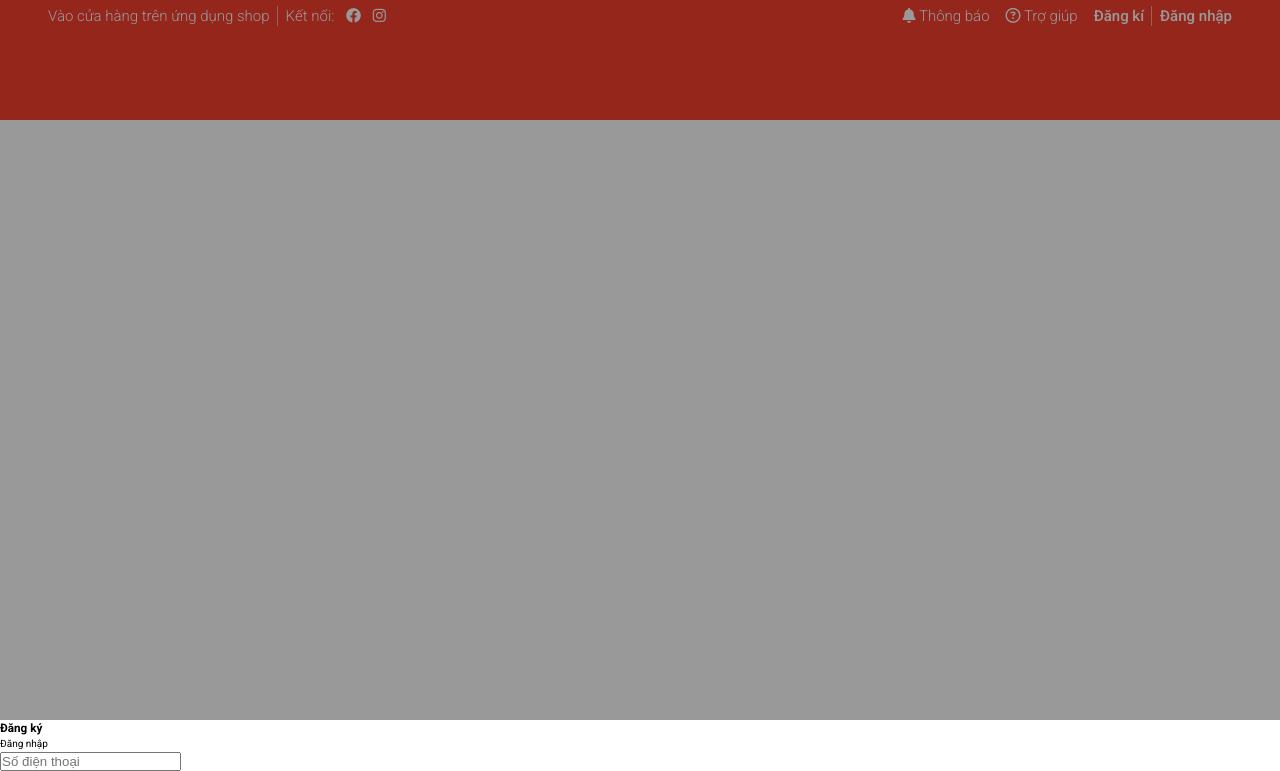
Repository: nguyenhoang2002062929/shoppee
Page: index.html
These files come from the project's save history. The page is drawn as it stood at one moment and after the next save; the edit follows.
The browser window is 1280 px wide. The pictures show the whole page.

Above is the page before, as saved 2023-06-19 23:04:41.

### index.html
<!DOCTYPE html>
<html lang="en">
<head>
    <meta charset="UTF-8">
    <meta name="viewport" content="width=device-width, initial-scale=1.0">
    <title>Document</title>

    <link rel="stylesheet" href="./assets/css/base.css">
    <link rel="stylesheet" href="./assets/css/main.css">
    <link href="https://fonts.googleapis.com/css2?family=Roboto:wght@100;300;400;500;700&display=swap" rel="stylesheet">
    <link rel="stylesheet" href="https://cdnjs.cloudflare.com/ajax/libs/font-awesome/6.4.0/css/all.min.css" integrity="sha512-iecdLmaskl7CVkqkXNQ/ZH/XLlvWZOJyj7Yy7tcenmpD1ypASozpmT/E0iPtmFIB46ZmdtAc9eNBvH0H/ZpiBw==" crossorigin="anonymous" referrerpolicy="no-referrer" />

</head>
<body>
    <div class="app">
        <!-- header -->
        <div class="header">
            <div class="gird">

                <nav class="header__nav">
                    <ul class="header__nav-list">
                        <li class="header__nav-item header__nav-item--separate header__nav-item--hover-qr ">Vào cửa hàng trên ứng dụng shop
                            <!-- header qr code -->
                            <div class="header__qr-code">
                                <img src="./assets/img/qr_code.png" alt="" class="header__qr-code-img">
                                <div class="header__qr-code-app">
                                    <img src="./assets/img/googplay.png" alt="" class="header__app">
                                    <img src="./assets/img/appStore.png" alt="" class="header__app">
                                </div>
                            </div>
                        </li>
                        <li class="header__nav-item">
                            <span>Kết nối:</span>
                            <a href="" class="header_nav-item-icon"> <i class="fab fa-facebook"></i></a>
                            <a href="" class="header_nav-item-icon"> <i class="fab fa-instagram"></i></a>
                        </li>
                    </ul>

                    <ul class="header__nav-list">
                        <li class="header__nav-item header__nav-item--notify "><a class="header__nav-item-link" href=""><i class="fas fa-bell"></i> Thông báo</a>
                           <!-- notify -->
                           <div class="header__notify">
                                <div class="header__notify-header">
                                    <h3 class="notify__title">Thông Báo Mới Nhận</h3>
                                </div>
                                <ul class="notify__list">
                                    <li class="notify__list-item notify__list-item--view">
                                        <img src="https://cf.shopee.vn/file/d52c8e2d6975e3175edda97f317e21cb_tn" alt="" class="notify__list-item-img">
                                        <div class="notify__list-item-text">
                                            <p class="notify__list-item-text-big">Nhanh tay săn ngay mỹ phẩm F8 vào ngày 8/3 để nhận nhiều ưu đãi</p>
                                            <p class="notify__list-item-text-small">Thương hiệu mỹ phẩm đến từ F8, sáng mịn da tự tin ra đường bảo đảm trai bu như kiến hiện đang giảm giá 99% chỉ còn 1k</p>
                                        </div>
                                    </li>
                                    <li class="notify__list-item">
                                        <img src="https://cf.shopee.vn/file/d52c8e2d6975e3175edda97f317e21cb_tn" alt="" class="notify__list-item-img">
                                        <div class="notify__list-item-text">
                                            <p class="notify__list-item-text-big">Nhanh tay săn ngay mỹ phẩm F8 vào ngày 8/3 để nhận nhiều ưu đãi</p>
                                            <p class="notify__list-item-text-small">Thương hiệu mỹ phẩm đến từ F8, sáng mịn da tự tin ra đường bảo đảm trai bu như kiến hiện đang giảm giá 99% chỉ còn 1k</p>
                                        </div>
                                    </li>
                                    <li class="notify__list-item">
                                        <img src="https://cf.shopee.vn/file/d52c8e2d6975e3175edda97f317e21cb_tn" alt="" class="notify__list-item-img">
                                        <div class="notify__list-item-text">
                                            <p class="notify__list-item-text-big">Nhanh tay săn ngay mỹ phẩm F8 vào ngày 8/3 để nhận nhiều ưu đãi</p>
                                            <p class="notify__list-item-text-small">Thương hiệu mỹ phẩm đến từ F8, sáng mịn da tự tin ra đường bảo đảm trai bu như kiến hiện đang giảm giá 99% chỉ còn 1k</p>
                                        </div>
                                    </li>
                                    <li class="notify__list-item notify__list-item--view">
                                        <img src="https://cf.shopee.vn/file/d52c8e2d6975e3175edda97f317e21cb_tn" alt="" class="notify__list-item-img">
                                        <div class="notify__list-item-text">
                                            <p class="notify__list-item-text-big">Nhanh tay săn ngay mỹ phẩm F8 vào ngày 8/3 để nhận nhiều ưu đãi</p>
                                            <p class="notify__list-item-text-small">Thương hiệu mỹ phẩm đến từ F8, sáng mịn da tự tin ra đường bảo đảm trai bu như kiến hiện đang giảm giá 99% chỉ còn 1k</p>
                                        </div>
                                    </li>
                                </ul>
                                <div class="header__notify-footer">Xem tất cả</div>
                            </div>
                        </li>
                        <li class="header__nav-item"><a class="header__nav-item-link" href=""><i class="far fa-question-circle"></i> Trợ giúp</a></li>
                        <li class="header__nav-item header__nav-item--strong header__nav-item--separate">Đăng kí</li>
                        <li class="header__nav-item header__nav-item--strong">Đăng nhập</li>
                    </ul>
                </nav>
            </div>
        </div>

        <!-- container -->
        <div class="container">

        </div>

        <!-- footer -->
        <div class="footer">

        </div>
    </div>

    <!-- modal layout -->
    <div class="modal">
        <div class="modal__overlay"></div>
        <div class="modal__body">
            <div class="modal__inner">
                <!-- Authen form -->
                <div class="auth-form">
                    <div class="auth-form__header">
                        <h3 class="auth-form__heading">Đăng ký</h3>
                        <span class="auth-form__switch-btn">Đăng nhập</span>
                    </div>
                    <div class="auth-form__form">
                        <div class="auth-form__group">
                            <input type="text" class="auth-form__input" placeholder="Số điện thoại">
                        </div>
                    </div>

                </div>
            </div>
        </div>
    </div>
</body>
</html>

### assets/css/base.css
:root{
    --white-color: #fff;
    --black-color: #000;
    --text-color: #333;
    --color-main: #f63f2e;
}
*{
    box-sizing: inherit;
    margin: 0;
    padding: 0;
}
html{
    font-size: 62.5%;
    line-height: 1.6rem;
    font-family: 'Roboto', sans-serif;
    box-sizing: border-box;
}
.gird{
    width: 1200px;
    max-width: 1200px;
    margin: 0 auto;
}
.gird__full-width{
    width: 100%;
}
.gird__row{
    display: flex;
    flex-wrap: wrap;
}

### assets/css/main.css

.header{
    width: 100%;
    height: 120px;
    background-color: #f63f2e;
}
.header__nav{
    display: flex;
    justify-content: space-between;

}
.header__nav-list{
    display: flex;
}
.header__nav-item{
    position: relative;
    display: block;
    font-size: 15px;
    color:  var(--white-color);
    text-decoration: none;
    list-style-type: none;
    font-weight: 300;
    margin: 0px 8px;
    cursor: pointer;
    padding: 8px 0;
}
.header_nav-item-icon{
    text-decoration: none;
    color: var(--white-color);
    margin-left: 8px;
}
.header__nav-item-link{
    text-decoration: none;
    color: var(--white-color);
}
.header__nav-item--strong{
    font-weight: 500;
}
.header__nav-item--separate::after{
    content: "";
    height: 20px;
    color: #fff;
    opacity: 0.5;
    border-left: 1px solid #fff;
    position: absolute;
    top: 50%;
    right: -8px;
    transform: translateY(-50%);
}
.header_nav-item-icon:hover,
.header__nav-item:hover,
.header__nav-item-link:hover{
    color: rgba(255, 255, 255, 0.7);
}
.header__nav-item span{
    cursor: default;
    color: var(--white-color);
}
/* <!-- header qr code --> */
.header__qr-code{
    position: absolute;
    width: 186px;
    background-color: var(--white-color);
    left: 0;
    padding: 8px;
    display: none;
    margin-top: 8px;
    animation: inFace ease 0.4s;
}
.header__qr-code-img{
    width: 100%;
}
.header__qr-code-app{
    display: flex;
    justify-content: space-evenly;
}
.header__app{
    height: 16px;
}
.header__nav-item--hover-qr:hover .header__qr-code{
    display: block;
}
@keyframes inFace{
    from{
        opacity: 0;
    }
    to{
        opacity: 1;
    }
}
/* notify */
.header__notify{
    position: absolute;
    width: 404px;
    background-color: #fff;
    right: 0;
    top: 100%;
    border: 1px solid #ddd;
    border-radius: 2px;
    display: none;
    transform-origin: 90% top;
    animation: headerNotify ease-in 0.2s;
    will-change: opacity , transform;
}
@keyframes headerNotify{
    from{
        opacity: 0;
        transform: scale(0);
    }
    to{
        opacity: 1;
        transform: scale(1);
    }
}
.header__notify::before{
    position: absolute;
    content: "";
    border-width: 20px 35px;
    border-style: solid;
    border-color: transparent transparent #fff transparent;
    top: -28px;
    right: 12px;
}
.header__notify-header{
    display: block;
}
.notify__title{
    color:#333;
    font-weight: 300;
    font-size: 1.5rem;
    padding: 8px;
}
.notify__list{
}
.notify__list-item{
    position: relative;
    display: flex;
    color: #000;
    padding-bottom: 8px;
    padding-top: 8px;
}
.notify__list-item-img{
    top: 0;
    width: 48px;
    align-self: flex-start;
    padding: 2px 8px;
    display: inline;
}
.notify__list-item-text-big{
    font-size: 16px;
    font-weight: 400;
    text-overflow: 2px;
    line-height: 1.5;
}
.notify__list-item-text-small{
    font-size: 12px;
    font-weight: 300;
    color: #333;
    margin-top: 4px;
    line-height: 1.4;
}

.header__notify-footer{
    color: #333;
    text-align: center;
    padding: 8px 0;
    display: block;
}
.notify__list-item--view{
    background-color: rgba(239, 187, 176, 0.2)
}
.header__nav-item--notify:hover .header__notify {
    display: block;
}
.notify__list-item--view:hover{
    background-color: #ddd;
}
/* modal-overlay */
.modal{
    position: absolute;
    top: 0;
    bottom: 0;
    right: 0;
    left: 0;
}
.modal__overlay{
    width: 100%;
    height: 100%;
    background-color:rgba(0, 0, 0, 0.4);
}

After the next save:
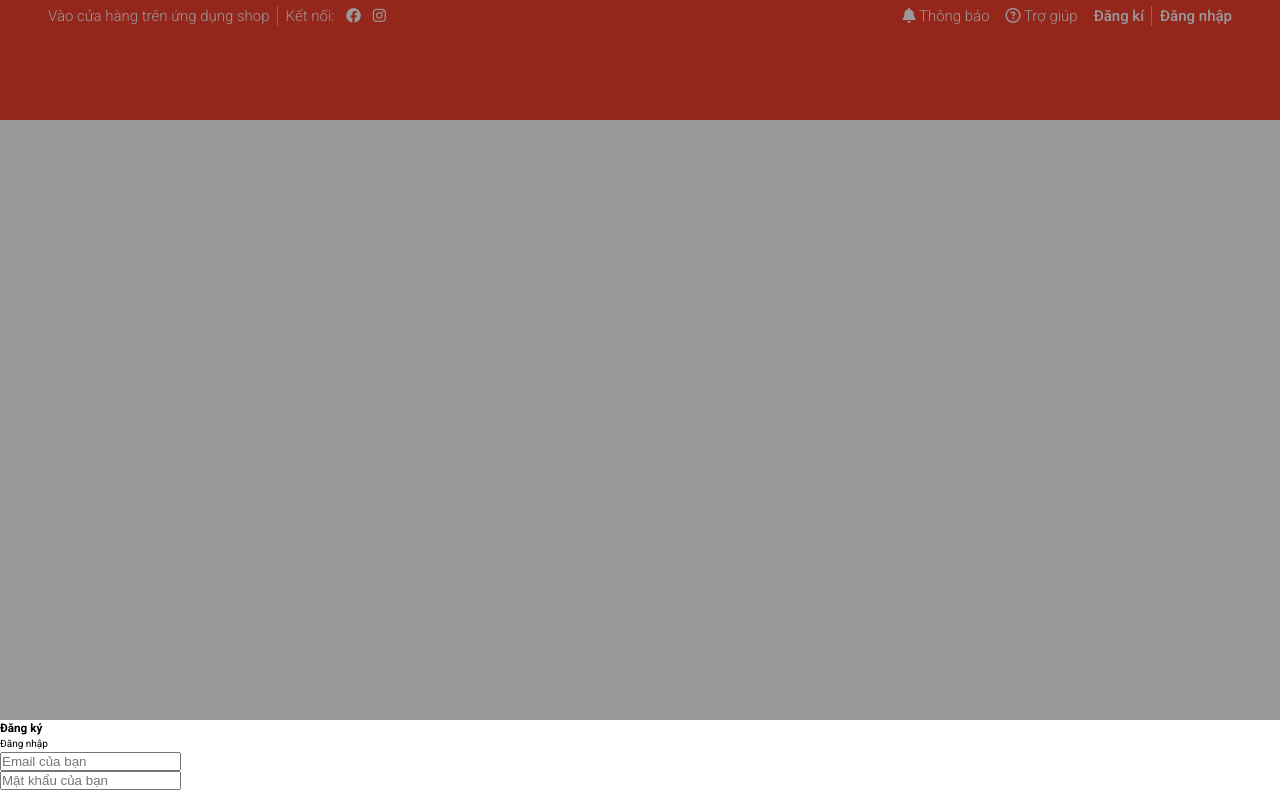
Saved 103 s later.
--- a/index.html
+++ b/index.html
@@ -108,7 +108,10 @@
                     </div>
                     <div class="auth-form__form">
                         <div class="auth-form__group">
-                            <input type="text" class="auth-form__input" placeholder="Số điện thoại">
+                            <input type="text" class="auth-form__input" placeholder="Email của bạn">
+                        </div>
+                        <div class="auth-form__group">
+                            <input type="password" class="auth-form__input" placeholder="Mật khẩu của bạn">
                         </div>
                     </div>
 
